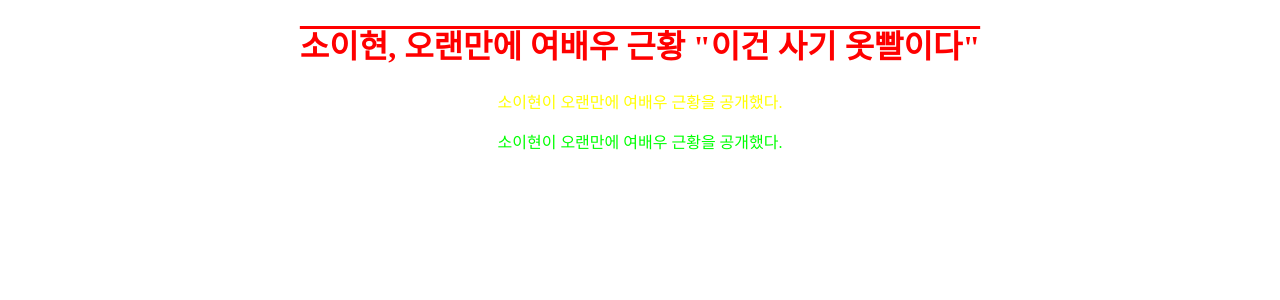
Repository: Seokho96/CSSPractice
Page: css/sample02/WebContent/index1.html
These files come from the project's save history. The page is drawn as it stood at one moment and after the next save; the edit follows.
The browser window is 1280 px wide. The pictures show the whole page.

Above is the page before, as saved 2020-07-13 02:37:15.

After the next save:
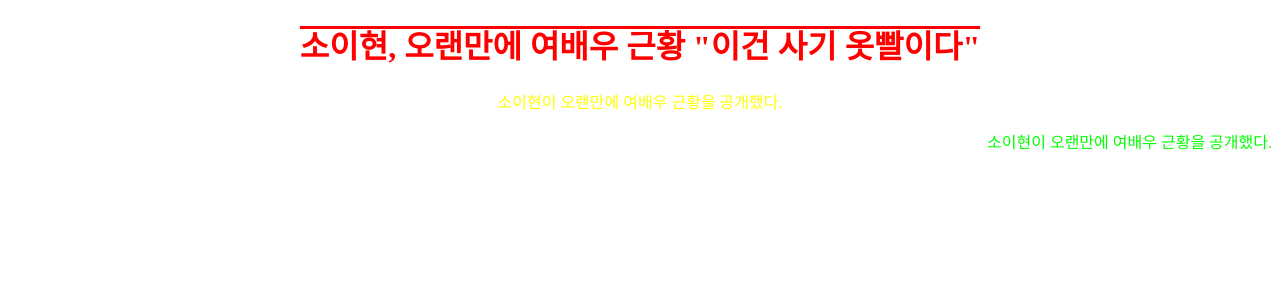
Saved 22 s later.
--- a/css/sample02/WebContent/index1.html
+++ b/css/sample02/WebContent/index1.html
@@ -19,6 +19,7 @@ p{
 }
 .ex {
    color: rgb(0, 255, 0);
+   text-align: right;
 }
 </style>
 </head>
